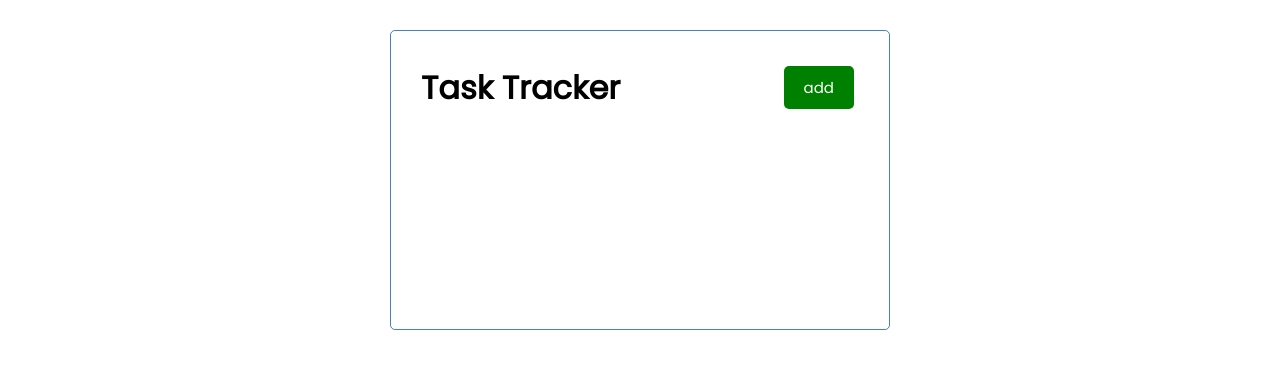
Repository: Samkiroko/task-tracker-app
Page: /, after clicking the first element matching `button.btn`
These files come from the project's save history. The page is drawn as it stood at one moment and after the next save; the edit follows.
The browser window is 1280 px wide. The pictures show the whole page.
The project was rebuilt for these pictures with package versions that can differ from the ones it lists, and the page was loaded fresh each time.

Above is the page before, as saved 2021-08-02 16:36:20.

After the next save:
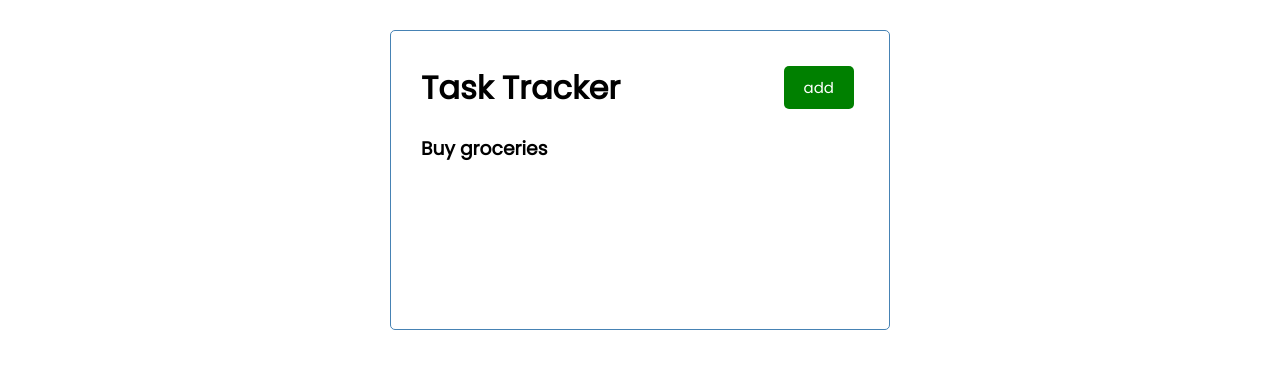
Saved 40 s later.
--- a/src/components/Task.js
+++ b/src/components/Task.js
@@ -18,8 +18,8 @@ const tasks = [
 const Task = () => {
   return (
     <>
-      {tasks.map(() => (
-        <h3>{tasks.text}</h3>
+      {tasks.map((task) => (
+        <h3>{task.text}</h3>
       ))}
     </>
   );
